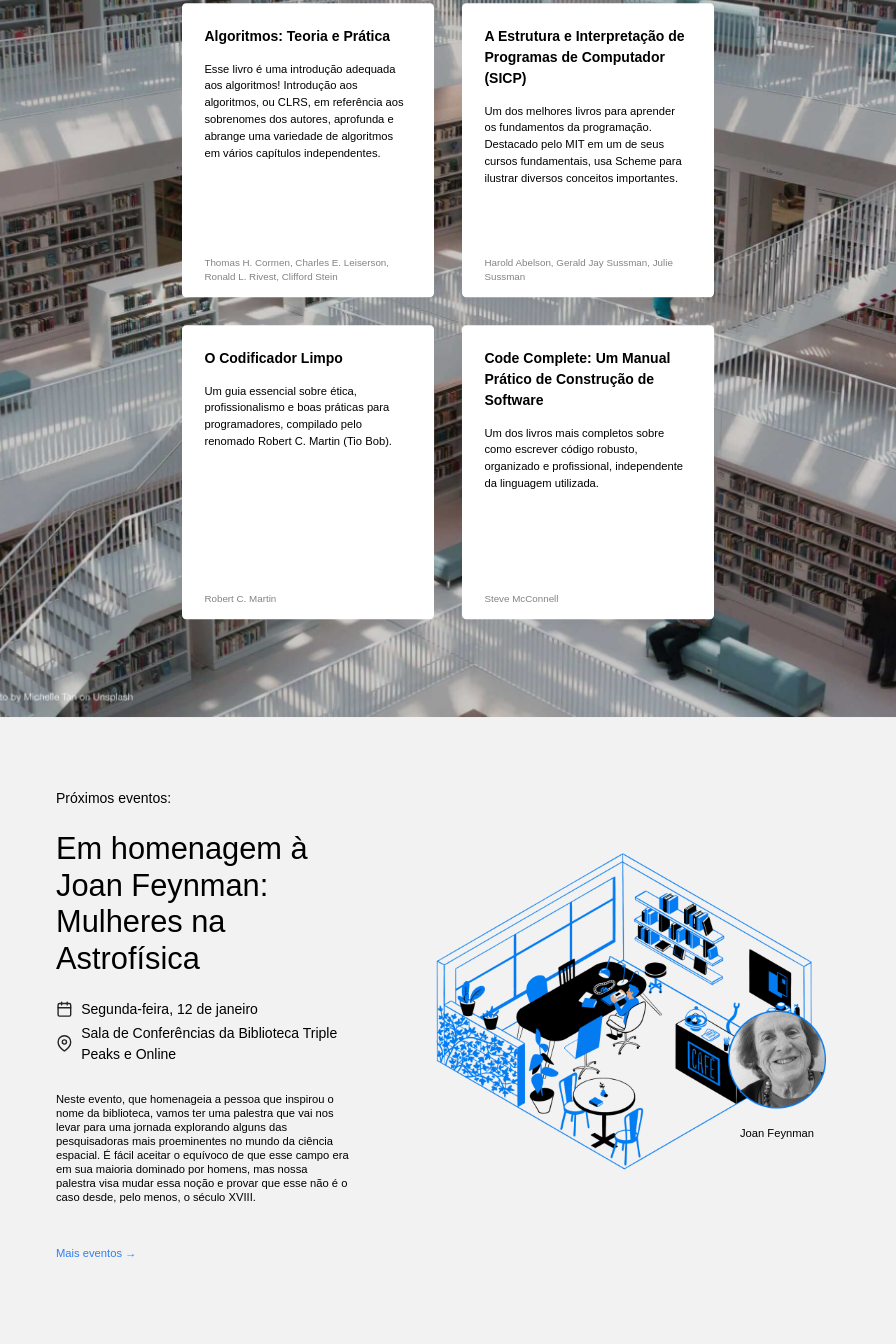
Repository: thainagomesc/web_project_library_pt
Page: index.html
An editor plug-in stored every save of this project. The page is shown before and after the next save, followed by the edit.
The browser window is 1280 px wide. The pictures show the part of the page from y = 962 to 2882 px (the page is 2882 px tall), at 70% of full size.

Above is the page before, as saved 2025-12-28 20:54:09.

### index.html
<!DOCTYPE html>
<html lang="pt">
  <head>
    <meta charset="UTF-8" />
    <meta name="viewport" content="width=device-width, initial-scale=1.0" />
    <title>Biblioteca Triple Peaks</title>
    <link rel="shortcut icon" href="favicon.ico" />
    <link rel="stylesheet" href="./vendor/normalize.css" />
    <link rel="stylesheet" href="./styles/style.css" />
  </head>

  <body>
    <div class="page">
      <header class="header">
        <nav class="nav">
          <img
            src="./images/logo.svg"
            alt="Logotipo da Biblioteca Triple Peaks"
            class="nav__logo"
          />

          <ul class="nav__links">
            <li><a class="nav__link" href="#staff">Escolhas da Equipe</a></li>
            <li><a class="nav__link" href="#">Eventos</a></li>
            <li><a class="nav__link" href="#">Seja um membro</a></li>
            <li><a class="nav__link" href="#">Contatos</a></li>
          </ul>
        </nav>

        <div class="header__content">
          <div>
            <h1 class="header__title">Bem-vindo à Biblioteca Triple Peaks</h1>
            <p class="header__description">
              Temos o prazer de abrir as portas da nossa biblioteca a todos! Venha expandir
              seus conhecimentos de desenvolvimento, ou apenas use esse belo local para trabalhar
              ou estudar. Esse é um lugar legal para estudantes legais!
            </p>
          </div>
          <img
            src="./images/inside_the_library.png"
            alt="Ilustração 'Dentro da biblioteca'"
            class="header__image"
          />
        </div>

        <div class="header__footer">
          <p class="header__address">Triple Peaks, 200 Success Avenue</p>
        </div>
      </header>

      <main class="content">
        <section class="staff" id="staff">
          <h2 class="staff__title">Escolhas da Equipe</h2>
          <p class="staff__subtitle">Que nossos leitores adoram</p>

          <ul class="staff__cards">

            <li class="card">
              <div class="card__content">
                <h3 class="card__title">Algoritmos: Teoria e Prática</h3>
                <p class="card__text">
                  Esse livro é uma introdução adequada aos algoritmos! Introdução aos algoritmos,
                  ou CLRS, em referência aos sobrenomes dos autores, aprofunda e abrange uma
                  variedade de algoritmos em vários capítulos independentes.
                </p>
                <p class="card__footer">
                  Thomas H. Cormen, Charles E. Leiserson, Ronald L. Rivest, Clifford Stein
                </p>
              </div>
            </li>

            <li class="card">
              <div class="card__content">
                <h3 class="card__title">
                  A Estrutura e Interpretação de Programas de Computador (SICP)
                </h3>
                <p class="card__text">
                  Um dos melhores livros para aprender os fundamentos da programação. Destacado
                  pelo MIT em um de seus cursos fundamentais, usa Scheme para ilustrar diversos
                  conceitos importantes.
                </p>
                <p class="card__footer">
                  Harold Abelson, Gerald Jay Sussman, Julie Sussman
                </p>
              </div>
            </li>

            <li class="card">
              <div class="card__content">
                <h3 class="card__title">
                  O Codificador Limpo
                </h3>
                <p class="card__text">
                  Um guia essencial sobre ética, profissionalismo e boas práticas para programadores,
                  compilado pelo renomado Robert C. Martin (Tio Bob).
                </p>
                <p class="card__footer">Robert C. Martin</p>
              </div>
            </li>

            <li class="card">
              <div class="card__content">
                <h3 class="card__title">
                  Code Complete: Um Manual Prático de Construção de Software
                </h3>
                <p class="card__text">
                  Um dos livros mais completos sobre como escrever código robusto, organizado e
                  profissional, independente da linguagem utilizada.
                </p>
                <p class="card__footer">Steve McConnell</p>
              </div>
            </li>
          </ul>
        </section>

        <section class="events">
        <div class="events__content">

          <h2 class="events__heading">Próximos eventos:</h2>
          <h3 class="events__title">
          Em homenagem à Joan Feynman: Mulheres na Astrofísica
          </h3>

          <div class="event-info events__info-section">
            <div class="event-info__item">

              <img
                src="./images/icon_calendar.svg"
                alt="Calendar icon"
                class="event-info__icon"
              />

              <p class="event-info__text">Segunda-feira, 12 de janeiro</p>
            </div>

            <div class="event-info__item">

              <img
                src="./images/icon_pin.svg"
                alt="Pin icon"
                class="event-info__icon"
              />

              <p class="event-info__text">
                Sala de Conferências da Biblioteca Triple Peaks e Online
              </p>
            </div>
          </div>

          <p class="events__description">
            Neste evento, que homenageia a pessoa que inspirou o nome da biblioteca, vamos ter uma
            palestra que vai nos levar para uma jornada explorando alguns das pesquisadoras mais
            proeminentes no mundo da ciência espacial. É
            fácil aceitar o equívoco de que esse campo era em sua maioria
            dominado por homens, mas nossa palestra visa mudar essa noção e
            provar que esse não é o caso desde, pelo menos,
            o século XVIII.
          </p>
          <a href="#" class="events__more">Mais eventos &rarr;</a>
        </div>

        <div class="events__cover">
          <img
            src="./images/cafe.png"
            alt="Ilustração 'Café na Biblioteca'"
            class="events__image"
          />

          <div class="person person_name_feynman">
            <img
              src="./images/person_feynman.png"
              alt="Ilustração de Joan Feynman"
              class="person__image person__image_size_l"
            />
            <p class="person__name">Joan Feynman</p>
        </section>

      </main>
    </div>
  </body>
</html>

### styles/style.css
.page {
  min-width: 1100px;
  max-width: 1600px;
  margin: 0 auto;
  font-family: Arial, sans-serif;
  font-size: 16px;
  line-height: 20px;
}

.header {
  display: flex;
  flex-direction: column;
  height: 100vh;
  min-height: 720px;
  max-height: 800px;
  padding: 30px 80px 40px;
  position: relative;
  box-sizing: border-box;
}

.nav {
  display: flex;
  justify-content: space-between;
}

.nav__logo {
  width: 80px;
  height: 58px;
}

.nav__links {
  list-style-type: none;
  padding: 0;
  margin: 8px 0 0;
  display: flex;
  column-gap: 20px;
}

.nav__link {
  color: #000000;
  text-decoration: none;
}

.header__content {
  display: flex;
  justify-content: space-between;
}

.header__title {
  max-width: 635px;
  margin: 128px 0 32px;
  font-size: 62px;
  line-height: 76px;
  font-weight: 500;
}

.header__description {
  max-width: 515px;
  margin: 0;
  font-size: 20px;
  line-height: 30px;
}

.header__image {
  max-width: 636px;
}

.header__footer {
  margin-top: auto;
  width: 100%;
  display: flex;
  align-items: center;
  justify-content: flex-end;
  box-sizing: border-box;
}

.header__link {
  color: #2f80ed;
  text-decoration: none;
}

.header__address {
  margin: 0;
  color: #838383;
}

/* STAFF SECTION */

.staff {
  background-image: url("../images/staff_picks_background.jpg");
  background-position: center;
  background-size: cover;
  padding: 100px 0 140px;
}

.staff__title {
  text-align: center;
  font-size: 44px;
  line-height: 52px;
  font-weight: 400;
  margin: 0 0 24px;
  color: #ffffff;
}

.staff__subtitle {
  text-align: center;
  font-size: 20px;
  line-height: 30px;
  font-weight: 400;
  margin: 0;
  color: #ffffff;
}

.staff__cards {
  max-width: 760px;
  margin: 40px auto 0;
  padding: 0;
  list-style-type: none;
  display: flex;
  flex-wrap: wrap;
  justify-content: center;
  gap: 40px;
}

.card {
  background-color: #fff;
  border-radius: 6px;
  padding: 32px 40px 20px 32px;
  box-sizing: border-box;
  height: 420px;
  width: 360px;
  list-style-type: none;
}

.card__content {
  width: 100%;
  height: 100%;
  display: flex;
  flex-direction: column;
}

.card__title {
  font-size: 20px;
  line-height: 30px;
  font-weight: 700;
  margin: 0;
}

.card__text {
  margin: 20px 0 0;
  font-size: 16px;
  line-height: 24px;
}

.card__footer {
  margin: 0;
  font-size: 14px;
  line-height: 20px;
  color: #838383;
  margin-top: auto;
}

.events {
  padding: 100px 0 120px 80px;
  display: flex;
  align-items: start;
  justify-content: space-between;
  box-sizing: border-box;
  background-color: #f2f2f2;
}

.events__content {
  flex-basis: 580px;
}

.events__heading {
  font-size: 20px;
  font-weight: 500;
  line-height: 30px;
  margin: 0;
}

.events__title {
  font-size: 44px;
  font-weight: 500;
  line-height: 52px;
  margin: 32px 0 0;
}

.events__info-section {
  margin-top: 32px;
}

.event-info__item {
  display: flex;
  align-items: center;
  margin-bottom: 4px;
  font-weight: 500;
}

.event-info__icon {
  background-repeat: no-repeat;
  background-position: center;
  margin-right: 12px;
  width: 24px;
  height: 24px;
}

.event-info__text {
  font-size: 20px;
  font-weight: 500;
  line-height: 30px;
  margin: 0;
}

.events__description {
  margin: 40px 0 60px;
}

.events__more {
  color: #2f80ed;
  text-decoration: none;
}

.events__cover {
  flex-grow: 1;
  flex-shrink: 0;
  flex-basis: 780px;
  max-width: 780px;
  position: relative;
}

.events__image {
  max-width: 100%;
}

.person {
  position: absolute;
  display: flex;
  align-items: center;
  flex-direction: column;
  gap: 10px;
}

.person_name_feynman {
  top: 319px;
  right: 100px;
  bottom: auto;
  left: auto;
}

.person_name_burbidge {
  /* Use os valores corretos das propriedades top/right/bottom/left para posicionar o elemento */
}

.person_name_cannon {
  /* Use os valores corretos das propriedades top/right/bottom/left para posicionar o elemento */
}

.person_name_mitchell {
  /* Use os valores corretos das propriedades top/right/bottom/left para posicionar o elemento */
}

.person_name_tarter {
  /* Use os valores corretos das propriedades top/right/bottom/left para posicionar o elemento */
}

.person__image {
  max-width: 100%;
}

.person__image_size_l {
  width: 140px;
}

.person__image_size_m {
  width: 100px;
}

.person__image_size_s {
  width: 80px;
}

.person__caption {
  text-align: center;
  font-size: 14px;
  margin: 0;
}

Loaded but not shown: vendor/normalize.css (library)

After the next save:
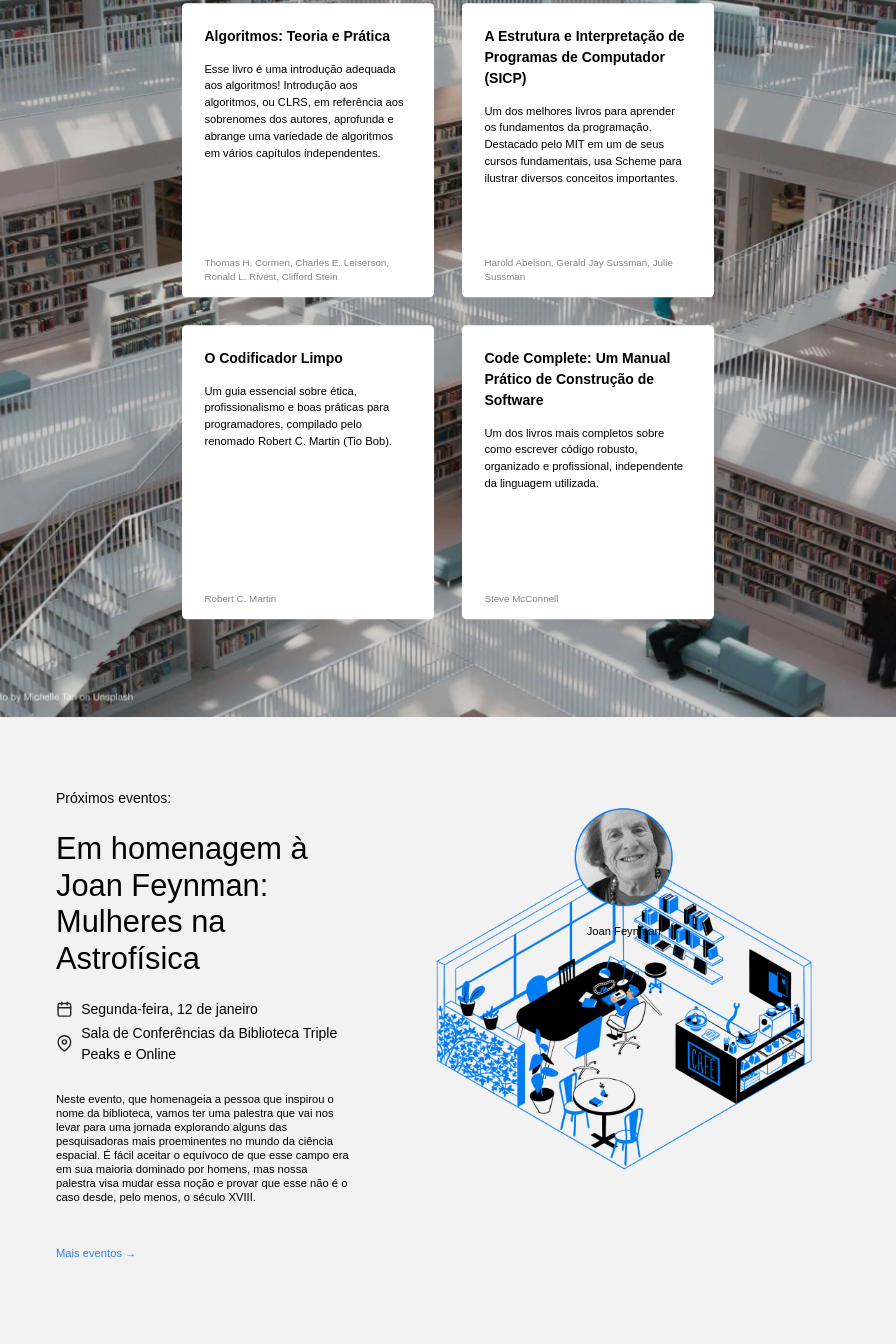
Saved 66 s later.
--- a/styles/style.css
+++ b/styles/style.css
@@ -243,8 +243,8 @@
 }
 
 .person_name_feynman {
-  top: 319px;
-  right: 100px;
+  top: 30px;
+  right: 319px;
   bottom: auto;
   left: auto;
 }
